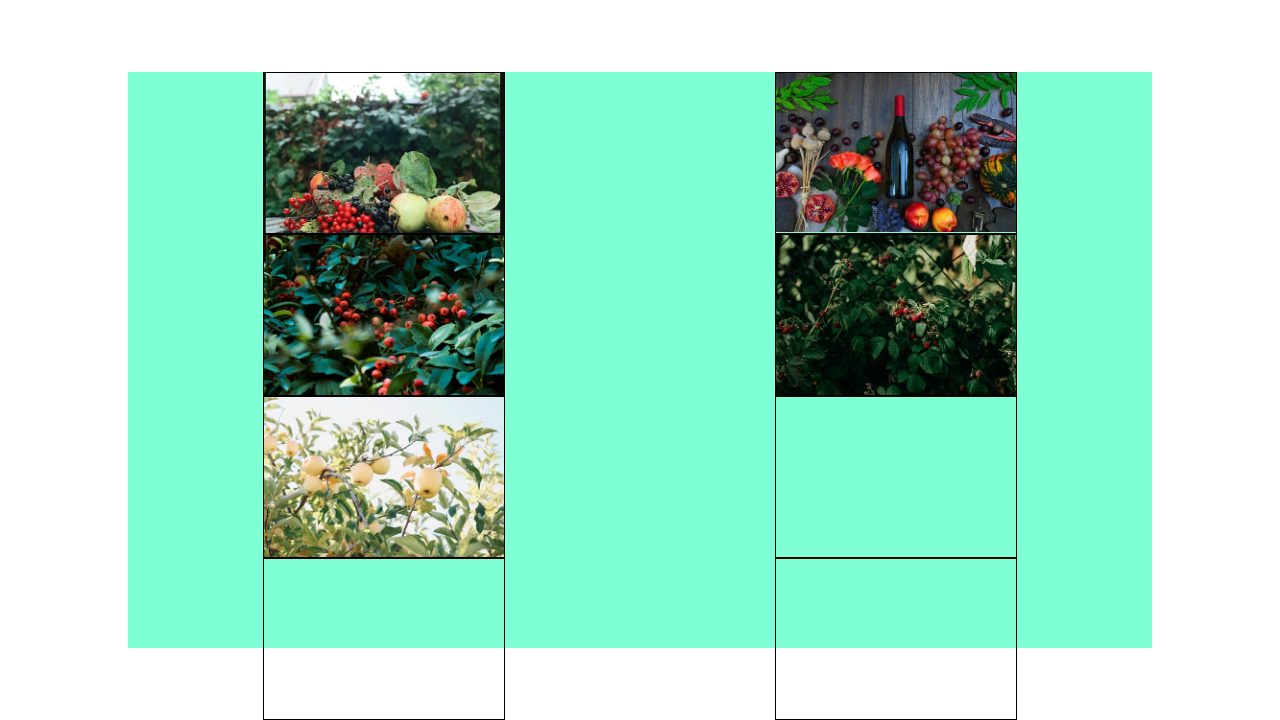
Repository: lidkaa/devTasks
Page: 0. Zadania Testowe/zadania/FlexboxCentered.html
These files come from the project's save history. The page is drawn as it stood at one moment and after the next save; the edit follows.
The browser window is 1280 px wide. The pictures show the whole page.

Above is the page before, as saved 2022-02-01 09:42:50.

### 0. Zadania Testowe/zadania/FlexboxCentered.html
<!DOCTYPE html>
<html lang="en">
<head>
    <meta charset="UTF-8">
    <meta http-equiv="X-UA-Compatible" content="IE=edge">
    <meta name="viewport" content="width=device-width, initial-scale=1.0">
    <link rel="stylesheet" type="text/css" href="flexboxcentered.css">
    <title>Document</title>
</head>
<body>
    <div class="presentation">
        <ul class="cells">
            <li class="cell">
                <img />
            </li>
            <li class="cell">
                <img />
            </li>
            <li class="cell">
                <img />
            </li>
            <li class="cell">
                <img />
            </li>
            <li class="cell">
                <img />
            </li>
            <li class="cell">
                <img />
            </li>
            <li class="cell">
                <img />
            </li>
            <li class="cell">
                <img />
            </li>
            <li class="cell">
                <img />
            </li>
        </ul>
    </div>
</body>
</html>

### 0. Zadania Testowe/zadania/flexboxcentered.css
* {
    margin: 0;
    padding: 0;
}

.presentation {
    position: fixed;
    height: 100vh;
    width: 100vw;
    display: flex;
    justify-content: center;
    align-items: center;
}

.cells {
    display: flex;
    justify-content: space-around;
    align-items: center;
    flex-direction: row;
    flex-wrap: wrap;
    list-style-type: none;
    height: 80vh;
    width: 80vw;
    background-color: aquamarine;
}

.cell {
    height: 10em;
    width: 15em;
    border: 1px solid black;
    margin: 0 90px;
    overflow: hidden;
    /* transition: 2s ; */
}

.cell:nth-child(1) {
    background-image: url('./pexel/pexel1.jpg');
    background-position: center;
    background-size: 100%;
    background-repeat: no-repeat;
  }
  .cell:nth-child(2) {
    background-image: url('./pexel/pexel2.jpg');
    background-position: center;
    background-size: 100%;
    background-repeat: no-repeat;
  }
  .cell:nth-child(3) {
    background-image: url('./pexel/pexel3.jpg');
    background-position: center;
    background-size: 100%;
    background-repeat: no-repeat;
  }
  .cell:nth-child(4) {
    background-image: url('./pexel/pexel4.jpg');
    background-position: center;
    background-size: 100%;
    background-repeat: no-repeat;
  }
  .cell:nth-child(5) {
    background-image: url('./pexel/pexel5.jpg');
    background-position: center;
    background-size: 100%;
    background-repeat: no-repeat;
  }

  .cell:hover {

  }

After the next save:
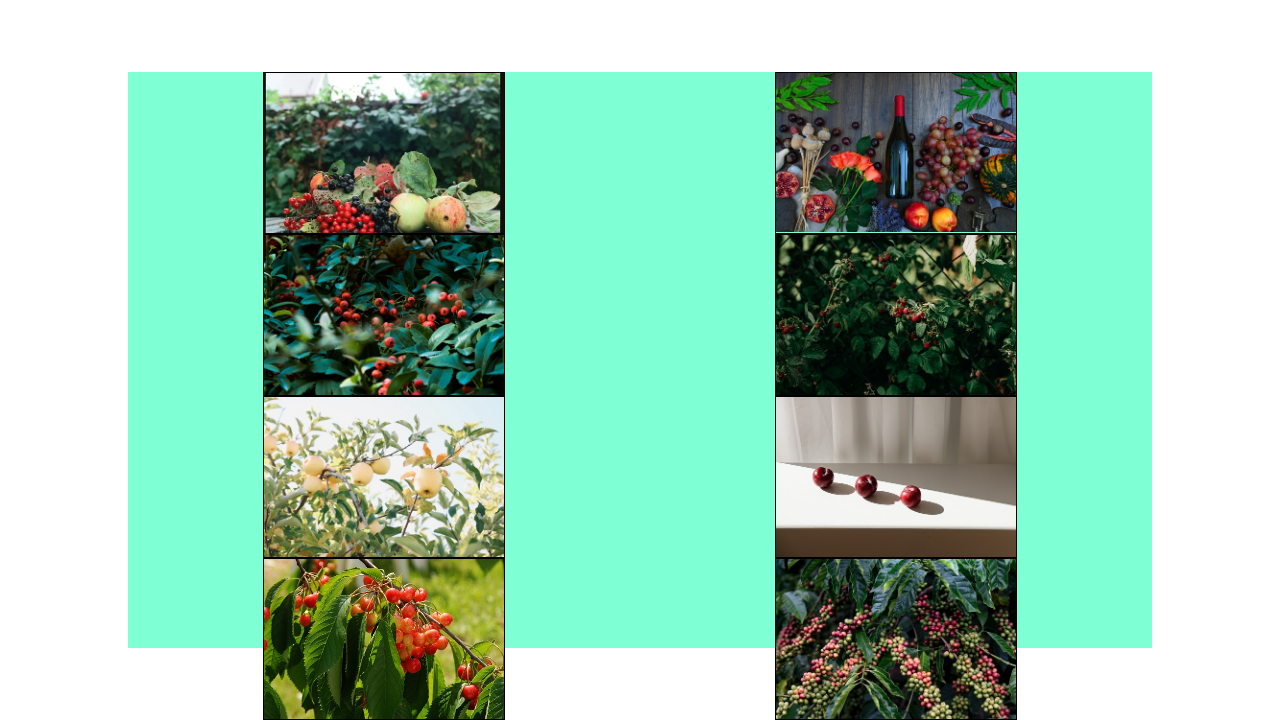
Saved 44 s later.
--- a/0. Zadania Testowe/zadania/flexboxcentered.css
+++ b/0. Zadania Testowe/zadania/flexboxcentered.css
@@ -63,7 +63,30 @@
     background-size: 100%;
     background-repeat: no-repeat;
   }
-
+  .cell:nth-child(6) {
+    background-image: url('./pexel/pexel6.jpg');
+    background-position: center;
+    background-size: 100%;
+    background-repeat: no-repeat;
+  }
+  .cell:nth-child(7) {
+    background-image: url('./pexel/pexel7.jpg');
+    background-position: center;
+    background-size: 100%;
+    background-repeat: no-repeat;
+  }
+  .cell:nth-child(8) {
+    background-image: url('./pexel/pexel8.jpg');
+    background-position: center;
+    background-size: 100%;
+    background-repeat: no-repeat;
+  }
+  .cell:nth-child(9) {
+    background-image: url('./pexel/pexel9.jpg');
+    background-position: center;
+    background-size: 100%;
+    background-repeat: no-repeat;
+  }
   .cell:hover {
 
   }
